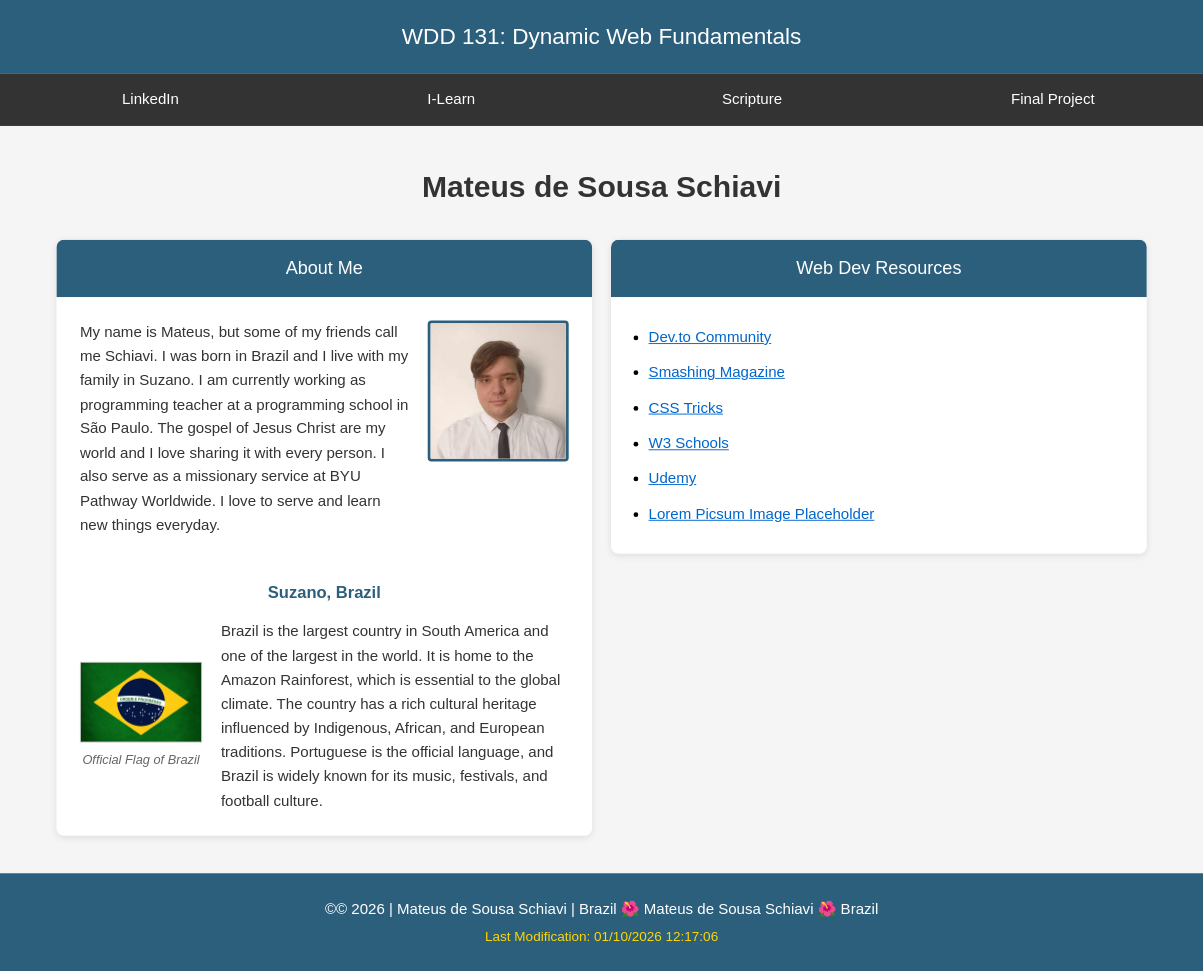
Repository: mateus-schiavi/wdd131
Page: index.html
These files come from the project's save history. The page is drawn as it stood at one moment and after the next save; the edit follows.
The browser window is 1280 px wide. The pictures show the whole page, at 94% of full size.
Some web fonts or font styles are not loaded; a fallback is used.

Above is the page before, as saved 2026-01-10 17:51:50.

### index.html
<!DOCTYPE html>
<html lang="en">

<head>
    <script src="./scripts/getdates.js" defer></script>
    <meta charset="UTF-8">
    <meta name="viewport" content="width=device-width, initial-scale=1.0">
    <meta name="author" content="Mateus de Sousa Schiavi">
    <meta name="description"
        content="Personal homepage for WDD 131 – Dynamic Web Fundamentals, featuring information about Mateus de Sousa Schiavi and useful web development resources.">
    <title>WDD 131 - Dynamic Web Fundamentals - Mateus de Sousa Schiavi</title>
    <link rel="stylesheet" href="./styles/base.css">
    <link rel="preconnect" href="https://fonts.googleapis.com">
    <link rel="preconnect" href="https://fonts.gstatic.com" crossorigin>
    <link href="https://fonts.googleapis.com/css2?family=Ancizar+Serif:ital,wght@0,300..900;1,300..900&display=swap"
        rel="stylesheet">
</head>

<body>
    <header>
        <h1 id="course-title">WDD 131: Dynamic Web Fundamentals</h1>
    </header>
    <nav>
        <a href="https://www.linkedin.com/in/mateus-de-sousa-schiavi/" target="_blank">LinkedIn</a>
        <a href="https://byupw.instructure.com/" target="_blank">I-Learn</a>
        <a href="https://www.churchofjesuschrist.org/study/scriptures/nt/matt/24?lang=eng&id=p14#p14"
            target="_blank">Scripture</a>
        <a href="#">Final Project</a>
    </nav>
    <main>
        <h2>Mateus de Sousa Schiavi</h2>
        <div class="content-wrapper">
            <section class="card about-card">
                <h3>About Me</h3>
                <div class="about-content">
                    <div class="text-content">
                        <p>
                            My name is Mateus, but some of my friends call me Schiavi. I was born in Brazil and I live
                            with my family in Suzano. I am currently working as programming teacher at a programming
                            school in São Paulo. The gospel of Jesus Christ are my world and I love sharing it with
                            every person. I also serve as a missionary service at BYU Pathway Worldwide. I love to serve
                            and learn new things everyday.
                        </p>
                    </div>
                    <img src="./images/profile.jpg" alt="Profile picture of Mateus de Sousa Schiavi">
                </div>
                <div class="country">
                    <h4>Suzano, Brazil</h4>
                    <div class="country-content">
                        <figure>
                            <img src="./images/brazilian_flag.jpg" alt="Official flag of Brazil">
                            <figcaption>Official Flag of Brazil</figcaption>
                        </figure>
                        <p>
                            Brazil is the largest country in South America and one of the largest in the world.
                            It is home to the Amazon Rainforest, which is essential to the global climate.
                            The country has a rich cultural heritage influenced by Indigenous, African, and
                            European traditions. Portuguese is the official language, and Brazil is widely
                            known for its music, festivals, and football culture.
                        </p>
                    </div>
                </div>
            </section>
            <section class="card resources-card">
                <h3>Web Dev Resources</h3>
                <ul>
                    <li><a href="https://dev.to/" target="_blank">Dev.to Community</a></li>
                    <li><a href="https://www.smashingmagazine.com/" target="_blank">Smashing Magazine</a></li>
                    <li><a href="https://css-tricks.com/" target="_blank">CSS Tricks</a></li>
                    <li><a href="https://www.w3schools.com/" target="_blank">W3 Schools</a></li>
                    <li><a href="https://www.udemy.com/" target="_blank">Udemy</a></li>
                    <li><a href="https://picsum.photos/" target="_blank">Lorem Picsum Image Placeholder</a></li>
                </ul>
            </section>
        </div>
    </main>
    <footer>
        <p>©<span id="currentYear"></span> 🌺 Mateus de Sousa Schiavi 🌺 Brazil</p>
        <p id="lastModified"></p>
    </footer>
</body>

</html>

### scripts/getdates.js
const currentYear = new Date().getFullYear();

document.getElementById("currentYear").textContent = `© ${currentYear} | Mateus de Sousa Schiavi | Brazil`;

const lastModifiedDate = document.lastModified;

document.getElementById("lastModified").textContent = `Last Modification: ${lastModifiedDate}`;

### styles/base.css
* {
  margin: 0;
  padding: 0;
  box-sizing: border-box;
}

body {
  font-family: 'Ancizar Serif', sans-serif;
  background-color: #f5f5f5;
  line-height: 1.6;
}

/* Header */
header {
  background-color: #2c5f7c;
  color: white;
  padding: 20px;
  text-align: center;
}

#course-title {
  font-size: 1.5rem;
  font-weight: normal;
  margin: 0;
}

/* Navigation */
nav {
  background-color: #333;
  display: flex;
  justify-content: space-around;
  flex-wrap: wrap;
}

nav a {
  color: white;
  text-decoration: none;
  padding: 15px 20px;
  display: block;
  transition: background-color 0.3s;
  flex: 1;
  text-align: center;
}

nav a:hover {
  background-color: #555;
}

/* Main Content */
main {
  max-width: 1200px;
  margin: 40px auto;
  padding: 0 20px;
}

main > h2 {
  text-align: center;
  font-size: 2rem;
  margin-bottom: 30px;
  color: #333;
}

.content-wrapper {
  display: grid;
  grid-template-columns: 1fr 1fr;
  gap: 20px;
}

/* Card Sections */
.card {
  background-color: white;
  border-radius: 8px;
  box-shadow: 0 2px 8px rgba(0, 0, 0, 0.1);
  overflow: hidden;
}

.card h3 {
  background-color: #2c5f7c;
  color: white;
  padding: 15px;
  text-align: center;
  font-size: 1.2rem;
  margin: 0;
  font-weight: normal;
}

/* About Me Card */
.about-card .about-content {
  padding: 25px;
  display: flex;
  gap: 20px;
  align-items: flex-start;
}

.text-content {
  flex: 1;
}

.text-content p {
  color: #333;
  text-align: left;
}

.about-content img {
  width: 150px;
  height: auto;
  border: 3px solid #2c5f7c;
  border-radius: 4px;
  flex-shrink: 0;
}

/* Country Section */
.country {
  padding: 25px;
  padding-top: 20px;
}

.country h4 {
  text-align: center;
  color: #2c5f7c;
  margin-bottom: 15px;
  font-size: 1.1rem;
}

.country-content {
  display: flex;
  gap: 20px;
  align-items: center;
  margin-top: 15px;
}

.country-content figure {
  text-align: center;
  margin: 0;
  flex-shrink: 0;
}

.country-content figure img {
  width: 130px;
  height: auto;
  border: 1px solid #ccc;
  display: block;
  margin-bottom: 8px;
}

.country-content figcaption {
  font-size: 0.85rem;
  font-style: italic;
  color: #666;
}

.country-content p {
  flex: 1;
  color: #333;
  text-align: left;
}

/* Web Dev Resources Card */
.resources-card {
  align-self: start;
}

.resources-card ul {
  list-style: disc;
  padding: 30px 40px;
  margin: 0;
}

.resources-card li {
  margin-bottom: 12px;
}

.resources-card li:last-child {
  margin-bottom: 0;
}

.resources-card a {
  color: #0066cc;
  text-decoration: underline;
  transition: color 0.2s;
}

.resources-card a:hover {
  color: #004499;
}

/* Footer */
footer {
  background-color: #2c5f7c;
  color: white;
  text-align: center;
  padding: 20px;
  margin-top: 40px;
}

footer p {
  margin: 5px 0;
}

#lastModified {
  font-size: 0.9rem;
  color: #ffd700;
}

/* Responsive Design */
@media (max-width: 900px) {
  .content-wrapper {
    grid-template-columns: 1fr;
  }
}

@media (max-width: 768px) {
  nav {
    flex-direction: column;
  }

  nav a {
    border-bottom: 1px solid #555;
  }

  nav a:last-child {
    border-bottom: none;
  }

  .about-content {
    flex-direction: column;
    align-items: center !important;
    text-align: center;
  }

  .text-content p {
    text-align: center !important;
  }

  .country-content {
    flex-direction: column;
    text-align: center;
  }

  .country-content p {
    text-align: center !important;
  }

  main > h2 {
    font-size: 1.5rem;
  }
}

After the next save:
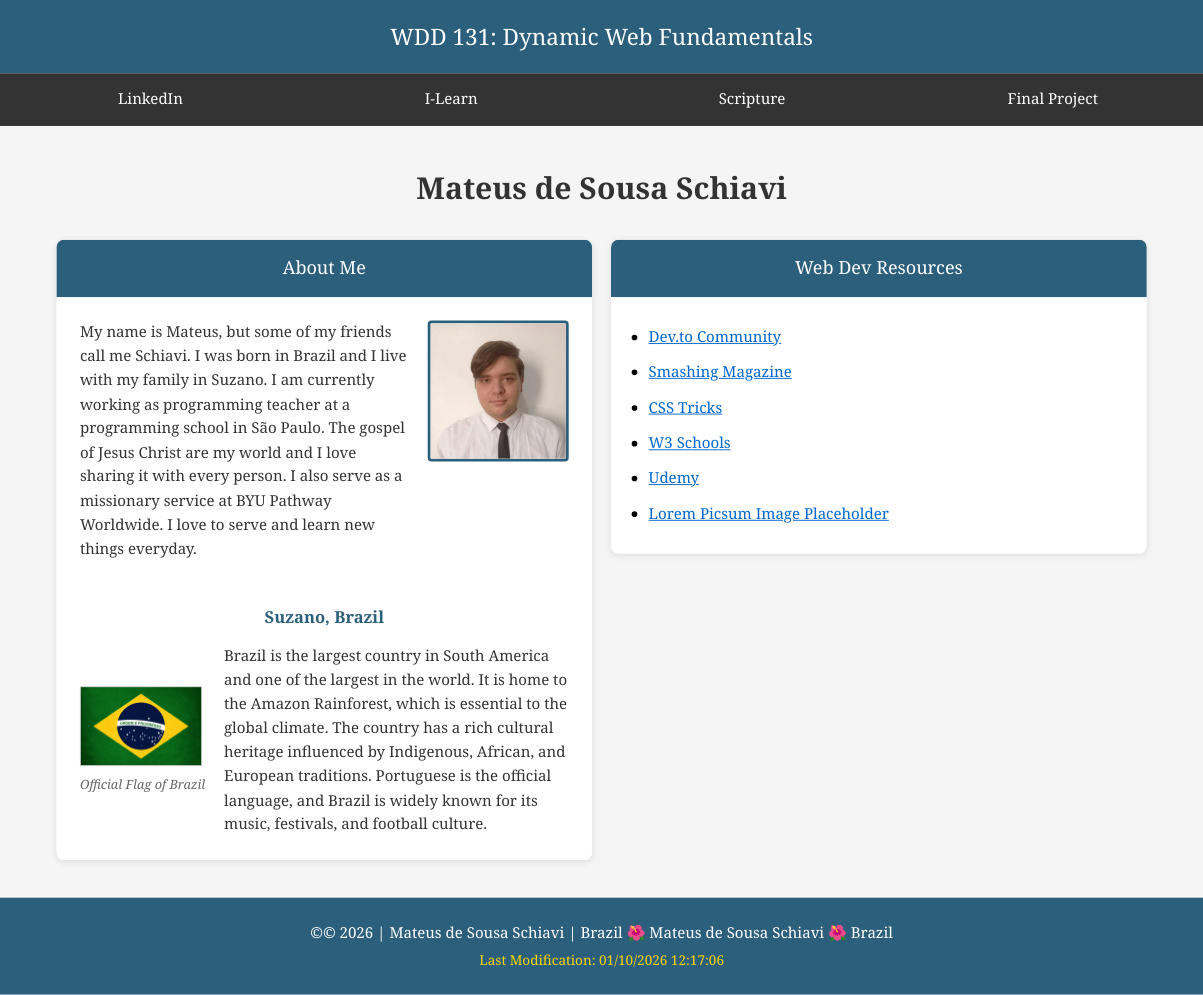
Saved 26 s later.
--- a/styles/base.css
+++ b/styles/base.css
@@ -5,7 +5,7 @@
 }
 
 body {
-  font-family: 'Ancizar Serif', sans-serif;
+  font-family: 'Ancizar Serif', Georgia, serif;
   background-color: #f5f5f5;
   line-height: 1.6;
 }
